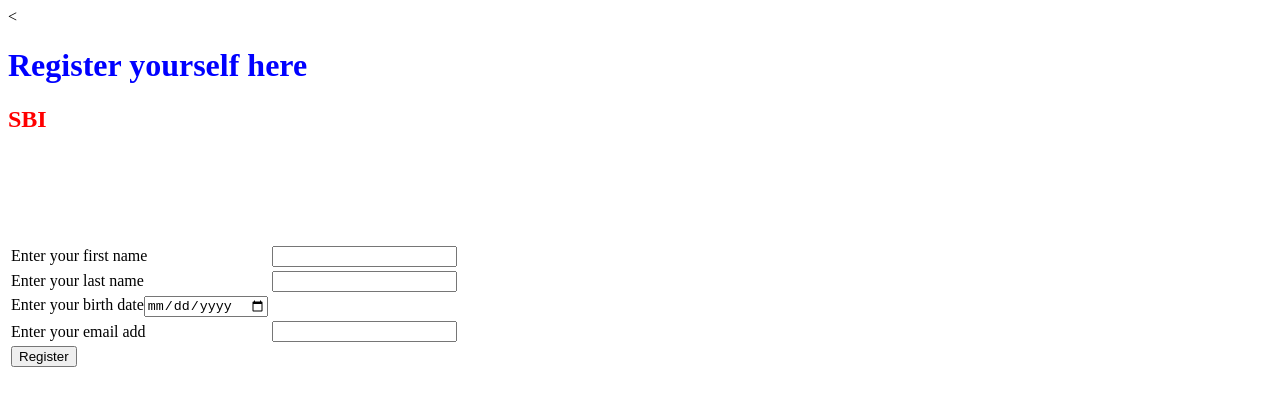
Repository: Prince1530/training
Page: BankProject/public/register.html
These files come from the project's save history. The page is drawn as it stood at one moment and after the next save; the edit follows.
The browser window is 1280 px wide. The pictures show the whole page.

Above is the page before, as saved 2022-06-13 09:04:35.

### BankProject/public/register.html
<<!DOCTYPE html>
<html>
<head>
<link rel="stylesheet"href="style.css"/ >
<meta charset="ISO-8859-1">
<title>Insert title here</title>
</head>
<body>
<h1>Register yourself here</h1>
<h2>SBI</h2>
<table>
<tr><td>Enter your first name</td><td><input type=text></td><br>
<tr><td>Enter your last name</td><td><input type=text></td><br>
<tr><td>Enter your birth date<input type=date></tr></td><br>
<tr><td>Enter your email add</td><td><input type=text></td><br>
<tr><td><input type=submit name =submit value="Register"></tr></td> <br>
</table>
</body>
</html>

### BankProject/public/style.css

@charset "ISO-8859-1";
h1{
	color:blue;


}
h2{
	color:red;
}

After the next save:
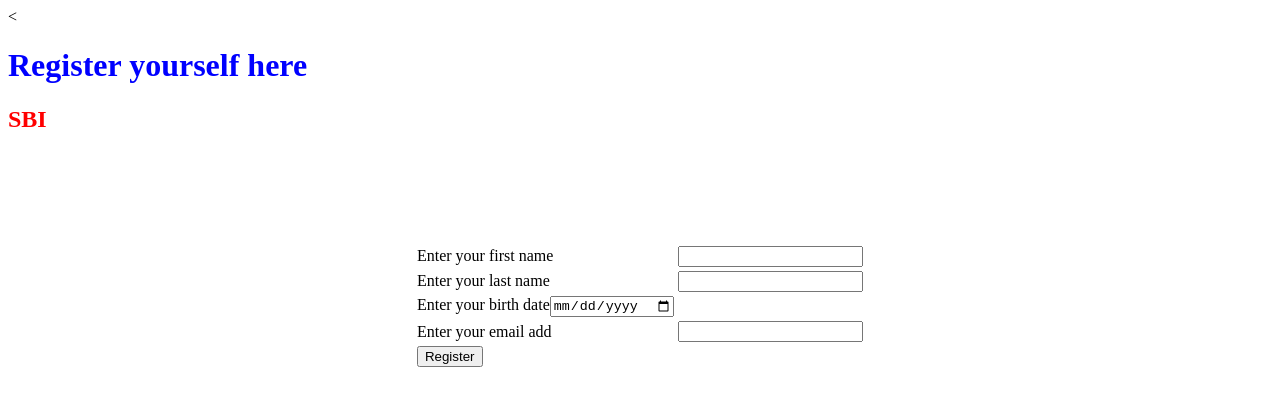
Saved 117 s later.
--- a/BankProject/public/style.css
+++ b/BankProject/public/style.css
@@ -7,4 +7,10 @@
 }
 h2{
 	color:red;
+
 }
+table{
+	margin-left:auto;
+	margin-right:auto;
+
+}
